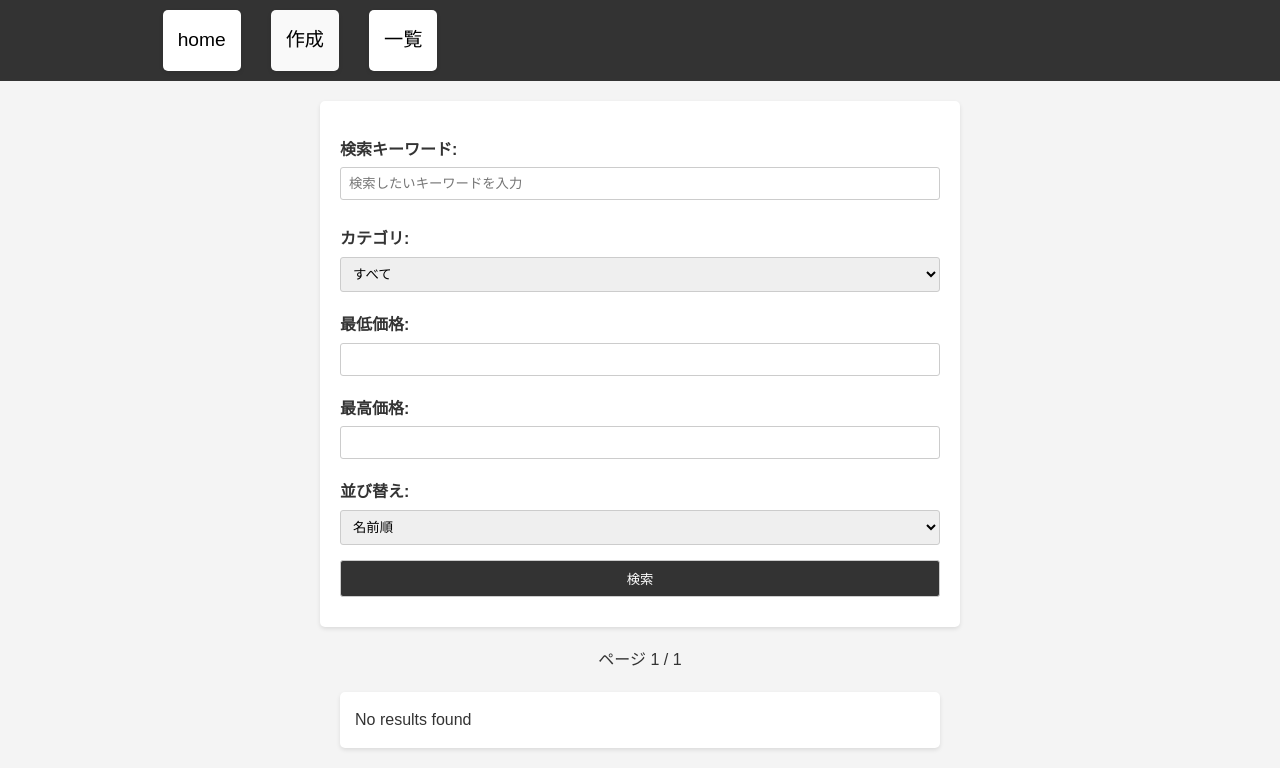
Repository: mamesuke7274/2024_kouki_kuwayamasyoutarou
Page: http://localhost/
These files come from the project's save history. The page is drawn as it stood at one moment and after the next save; the edit follows.
The browser window is 1280 px wide. The pictures show the whole page.
The page is served by the project's application, run on Django 4.2 (manage.py). Other server files are loaded and not shown. Queries for data that is not in the repository find no rows.

Above is the page before, as saved 2024-10-26 10:53:48.

### search_app/views.py
from django.shortcuts import render, get_object_or_404, redirect
from .models import Product, Category
from .forms import ProductForm, SearchForm
from django.core.paginator import Paginator

def product_create(request):
    if request.method == 'POST':
        form = ProductForm(request.POST)
        if form.is_valid():
            form.save()
            return redirect('product_list')
    else:
        form = ProductForm()
    return render(request, 'product_form.html', {'form': form})

def product_detail(request, pk):
    product = get_object_or_404(Product, pk=pk)

    return render(request, 'product_detail.html', {'product': product})

def product_update(request, pk):
    product = get_object_or_404(Product, pk=pk)
    if request.method == 'POST':
        form = ProductForm(request.POST, instance=product)
        if form.is_valid():
            form.save()
            return redirect('product_detail', pk=product.pk)
    else:
        form = ProductForm(instance=product)
    # product オブジェクトをテンプレートに渡す
    return  render(request,  'product_form.html',  {'form':  form,  'product': product})

def product_delete(request, pk):
    product = get_object_or_404(Product, pk=pk)
    if request.method == 'POST':
        product.delete()
        return redirect('product_list')
    return render(request, 'product_confirm_delete.html', {'product': product})

def product_list(request):
    products = Product.objects.all()
    print(products)
    return render(request, 'product_list.html', {'products': products})

def search_view(request):
    form = SearchForm(request.GET or None)
    results = Product.objects.all()  # クエリセットの初期化
    if form.is_valid():
        query = form.cleaned_data['query']
        if query:
            results = results.filter(name__icontains=query)
    # カテゴリフィルタリング
    category_name = request.GET.get('category')
    if category_name:
        try:
            # カテゴリ名に基づいてカテゴリIDを取得
            category = Category.objects.get(name=category_name)
            results = results.filter(category_id=category.id)
        except Category.DoesNotExist:
            results = results.none() # 存在しないカテゴリの場合、結果を空にする
            category = None

    # 価格のフィルタリング（最低価格・最高価格）
    min_price = request.GET.get('min_price')
    max_price = request.GET.get('max_price')
    if min_price:
        results = results.filter(price__gte=min_price)
    if max_price:
        results = results.filter(price__lte=max_price)

    # 並び替え処理
    sort_by = request.GET.get('sort', 'name')
    if sort_by == 'price_asc':
        results = results.order_by('price')
    elif sort_by == 'price_desc':
        results = results.order_by('-price')

    # クエリセットをリストに変換せず、直接Paginatorに渡す
    paginator = Paginator(results, 10)
    page_number = request.GET.get('page')
    page_obj = paginator.get_page(page_number)

    return render(request, 'search.html', {'form': form, 'page_obj': page_obj, 'results': results})

### search_app/templatetags/custom_filters.py
from django import template

register = template.Library()

@register.filter
def to(value):
    try:
        return range(1, value + 1)
    except TypeError:
        return []

### search_app/templates/search.html
<!DOCTYPE html>
<html lang="en">

<head>
    <meta charset="UTF-8">
    <meta name="viewport" content="width=device-width, initial-scale=1.0">
    <title>search_app</title>
</head>

<body>
    <style>
        /* 全体の基本スタイル */
        body {
            font-family: Arial, sans-serif;
            line-height: 1.6;
            margin: 0;
            padding: 0;
            background-color: #f4f4f4;
            color: #333;
        }

        header {
            background-color: #333;
            color: #fff;
            padding: 10px 0;
        }

        nav ul {
            list-style: none;
            padding: 0;
            display: flex;
            justify-content: center;
            margin: 0;
        }

        nav ul li {
            margin: 0 15px;
        }

        nav ul li a {
            color: #fff;
            text-decoration: none;
            font-size: 1.2em;
            transition: color 0.3s;
        }

        nav ul li a:hover {
            color: #ddd;
        }

        /* フォームスタイル */
        form {
            background: #fff;
            padding: 20px;
            margin: 20px auto;
            max-width: 600px;
            border-radius: 5px;
            box-shadow: 0 2px 4px rgba(0, 0, 0, 0.1);
        }

        form label {
            display: block;
            margin-top: 10px;
            font-weight: bold;
        }

        form input,
        form select,
        form button {
            width: 100%;
            padding: 8px;
            margin-top: 5px;
            margin-bottom: 10px;
            border: 1px solid #ccc;
            border-radius: 3px;
            box-sizing: border-box;
        }

        form button {
            background-color: #333;
            color: #fff;
            cursor: pointer;
            transition: background-color 0.3s;
        }

        form button:hover {
            background-color: #555;
        }

        /* ページネーションスタイル */
        .pagination {
            text-align: center;
            margin: 20px 0;
        }

        .pagination a {
            text-decoration: none;
            color: #333;
            margin: 0 5px;
            padding: 5px 10px;
            border: 1px solid #333;
            border-radius: 3px;
            transition: background-color 0.3s, color 0.3s;
        }

        .pagination a:hover {
            background-color: #333;
            color: #fff;
        }

        .pagination span {
            display: inline-block;
            margin: 0 5px;
        }

        /* 商品リストスタイル */
        ul {
            list-style: none;
            padding: 0;
            max-width: 600px;
            margin: 20px auto;
        }

        ul li {
            background: #fff;
            margin-bottom: 10px;
            padding: 15px;
            border-radius: 5px;
            box-shadow: 0 2px 4px rgba(0, 0, 0, 0.1);
        }

        ul li:nth-child(even) {
            background-color: #f9f9f9;
        }

        ul li:hover {
            background-color: #f0f0f0;
        }

        .nave a {
            color: #000;
        }
    </style>
    <header>
        <nav>
            <ul>
                <li class="nave"><a href="{% url 'search_view' %}">home</a></li>
                <li class="nave"><a href="{% url 'product_create' %}">作成</a></li>
                <li class="nave"><a href="{% url 'product_list' %}">一覧</a></li>
            </ul>
        </nav>
    </header>
    <form method="get">
        {{ form.as_p }}
        <label for="category">カテゴリ:</label>
        <select name="category">
            <option value="">すべて</option>
            <option value="books">本</option>
            <option value="electronics">電子機器</option>
        </select>
        <label for="min_price">最低価格:</label>
        <input type="number" name="min_price" min="0">
        <label for="max_price">最高価格:</label>
        <input type="number" name="max_price" min="0">
        <!-- 並び替えの選択 -->
        <label for="sort">並び替え:</label>
        <select name="sort">
            <option value="name">名前順</option>
            <option value="price_asc">価格が安い順</option>
            <option value="price_desc">価格が高い順</option>
        </select>
        <button type="submit">検索</button>
    </form>
    <div class="pagination">
        <span class="step-links">
            {% if page_obj.has_previous %}
            <a href="?page=1">最初</a>
            <a href="?page={{ page_obj.previous_page_number }}">前へ</a>
            {% endif %}
            <span>ページ {{ page_obj.number }} /
                {{ page_obj.paginator.num_pages }}</span>
            {% if page_obj.has_next %}
            <a href="?page={{ page_obj.next_page_number }}">次へ</a>
            <a href="?page={{ page_obj.paginator.num_pages }}">最後</a>
            {% endif %}
        </span>
    </div>
    <ul>
        {% for product in page_obj %}
        <li>{{ product.name }} - {{ product.price }}</li>
        {% empty %}
        <li>No results found</li>
        {% endfor %}
    </ul>



</body>

</html>

### search_app/forms.py
from django import forms
from .models import Product

class SearchForm(forms.Form):
    query = forms.CharField(
        label='検索キーワード',
        max_length=100,
        required=False,
        widget=forms.TextInput(attrs={'placeholder': '検索したいキーワードを入力'})
    )

class ProductForm(forms.ModelForm):
    class Meta:
        model = Product
        fields = ['name', 'description', 'price', 'category']

### search_project/urls.py
from django.contrib import admin
from django.urls import path,include

urlpatterns = [
    path('admin/', admin.site.urls),
    path('', include('search_app.urls')),
]

### search_app/urls.py
from django.urls import path
from . import views
urlpatterns = [
    path('', views.search_view, name='search'),
    path('search/', views.search_view, name='search_view'),
    path('product/new/', views.product_create, name='product_create'),
    path('product/<int:pk>/', views.product_detail, name='product_detail'),
    path('product/<int:pk>/edit/',  views.product_update, name='product_update'),
    path('product/<int:pk>/delete',  views.product_delete, name='product_delete'),
    path('product/', views.product_list, name='product_list'),
]

After the next save:
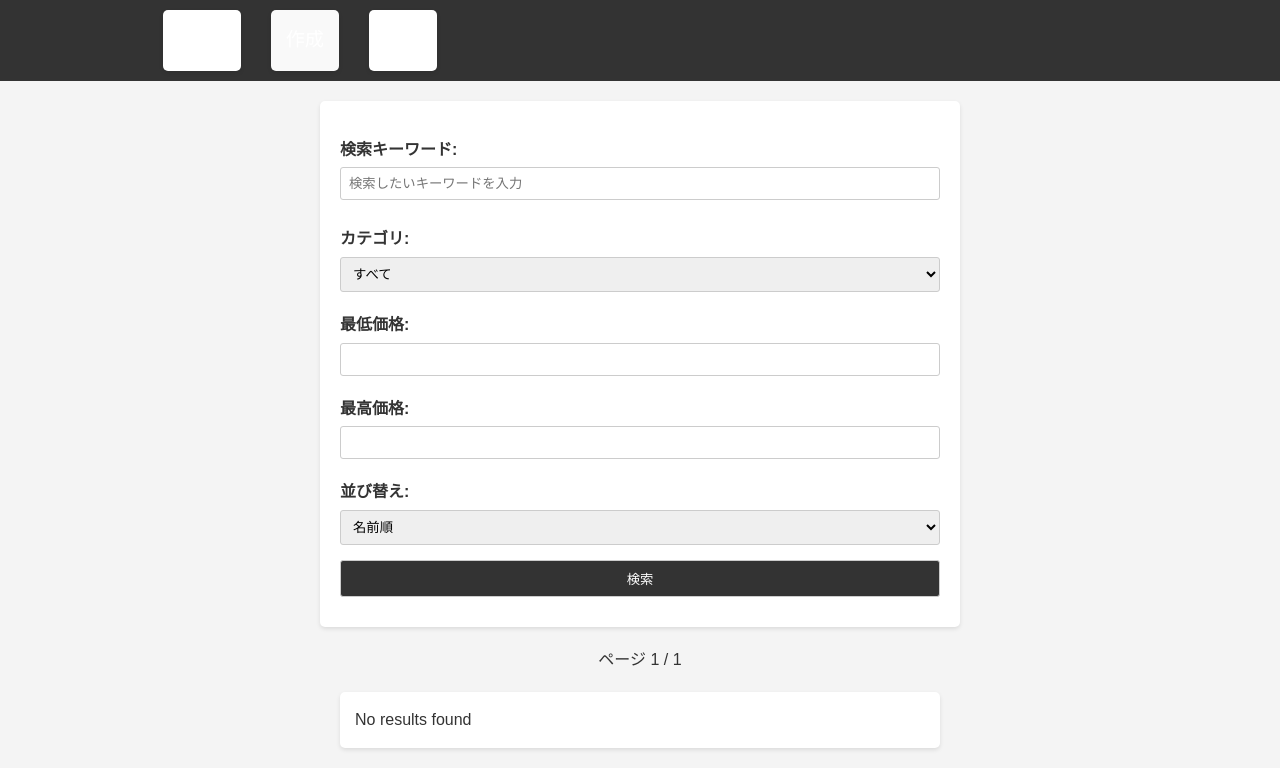
Saved 10 s later.
--- a/search_app/templates/search.html
+++ b/search_app/templates/search.html
@@ -137,7 +137,7 @@
             background-color: #f0f0f0;
         }
 
-        .nave a {
+        .nave {
             color: #000;
         }
     </style>

After the save that followed:
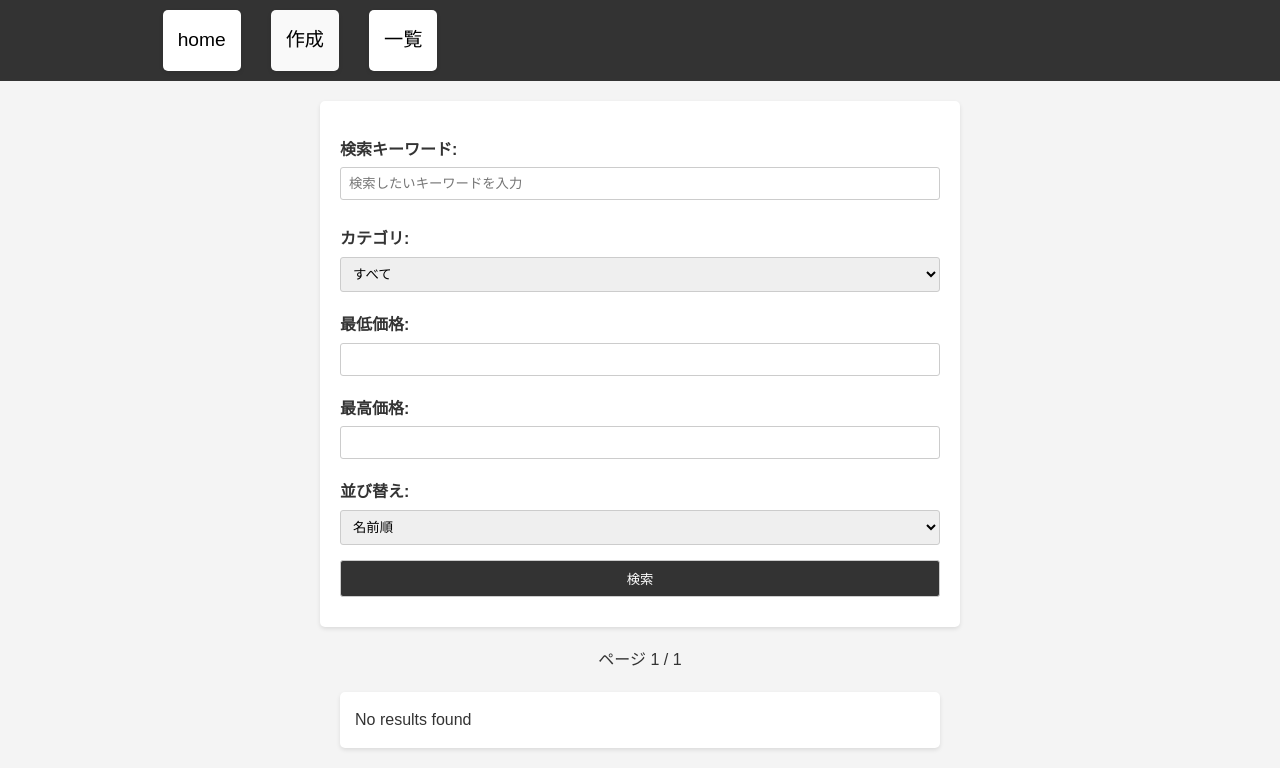
Saved 5 s later.
--- a/search_app/templates/search.html
+++ b/search_app/templates/search.html
@@ -137,7 +137,7 @@
             background-color: #f0f0f0;
         }
 
-        .nave {
+        .nave a {
             color: #000;
         }
     </style>
